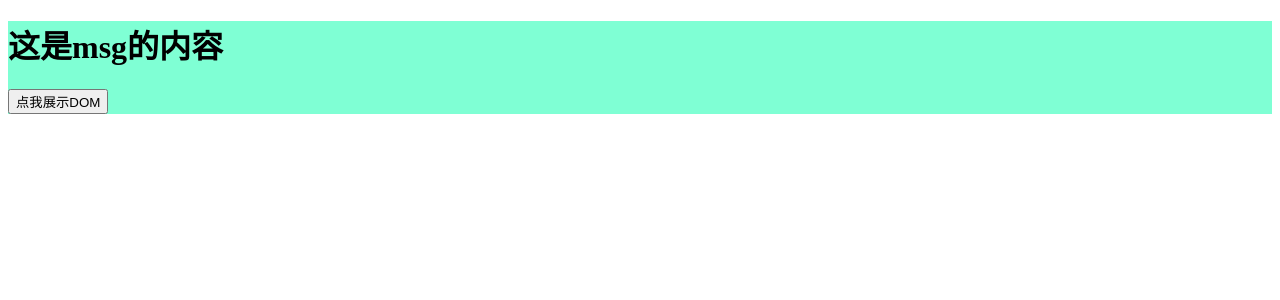
Repository: Lixianlai-2/The-journey-of-learning-Vue
Page: / (app in afterVueCli/Vue_Test/)
These files come from the project's save history. The page is drawn as it stood at one moment and after the next save; the edit follows.
The browser window is 1280 px wide. The pictures show the whole page.
The project was rebuilt for these pictures with package versions that can differ from the ones it lists, and the page was loaded fresh each time.

Above is the page before, as saved 2022-04-11 10:52:22.

After the next save:
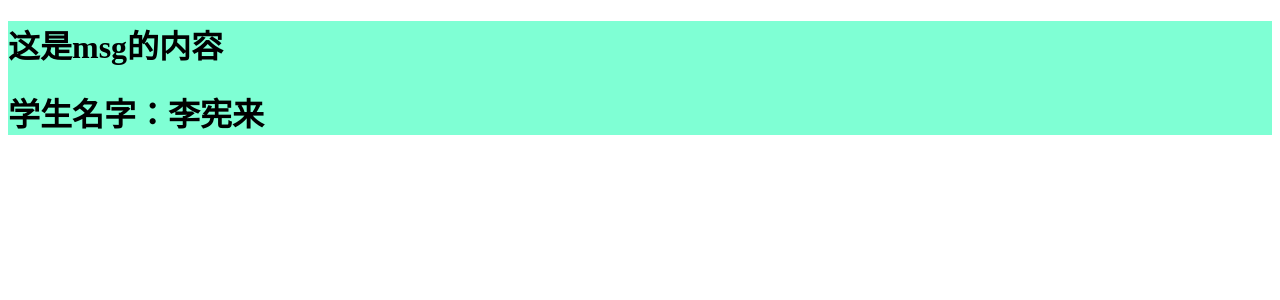
Saved 77 s later.
--- a/afterVueCli/Vue_Test/src/App.vue
+++ b/afterVueCli/Vue_Test/src/App.vue
@@ -1,8 +1,7 @@
 <template>
   <div id="app">
     <h1 v-text="msg" ref="title"></h1>
-    <school ref="sch" />
-    <button @click="showName" ref="btn">点我展示DOM</button>
+    <student ref="sch" />
   </div>
 </template>
 
